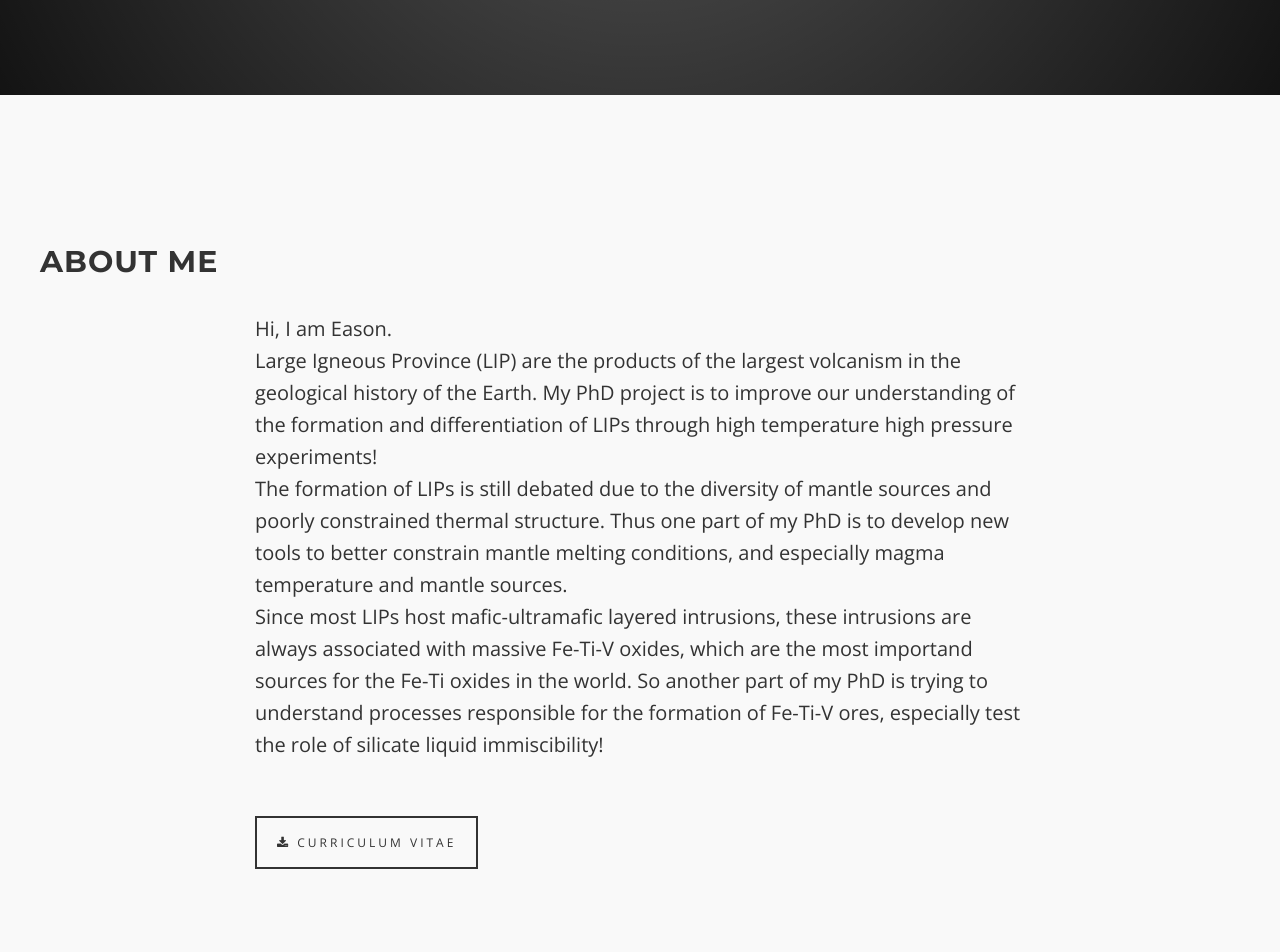
Repository: eazzzon/eazzzon.github.io
Page: aries-v1.0/index.html
The author's editor kept a copy of each file at every save. The page is drawn from the files as they stood at one save, then again after the next save.
The browser window is 1280 px wide. The pictures show the part of the page from y = 625 to 1577 px (the page is 2916 px tall before and 3216 px after).
Pictures or frames that could not be fetched are drawn as grey boxes.

Above is the page before, as saved 2021-06-12 09:29:37.

After the next save:
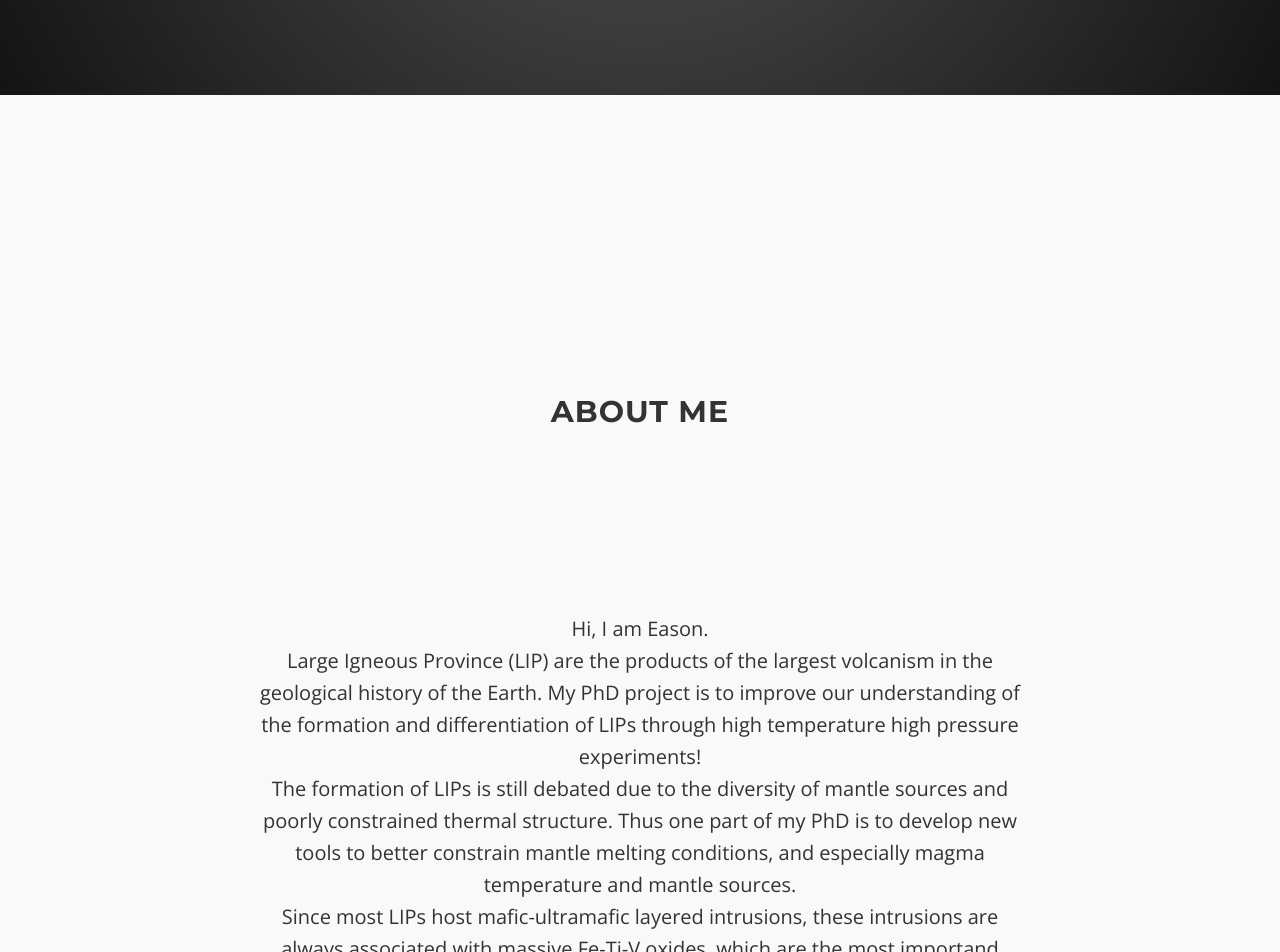
Saved 18 s later.
--- a/aries-v1.0/index.html
+++ b/aries-v1.0/index.html
@@ -74,9 +74,9 @@
 </header>
 <!-- About Section -->
 <section id="about">
-<div class="container content-section">
+<div class="container content-section text-center">
 	<div class="row">
-		<h2>ABOUT ME</h2>
+		<h2 class="container content-section text-center">ABOUT ME</h2>
 		<div class="col-lg-8 col-lg-offset-2">
 			<p>
 				Hi, I am Eason.
